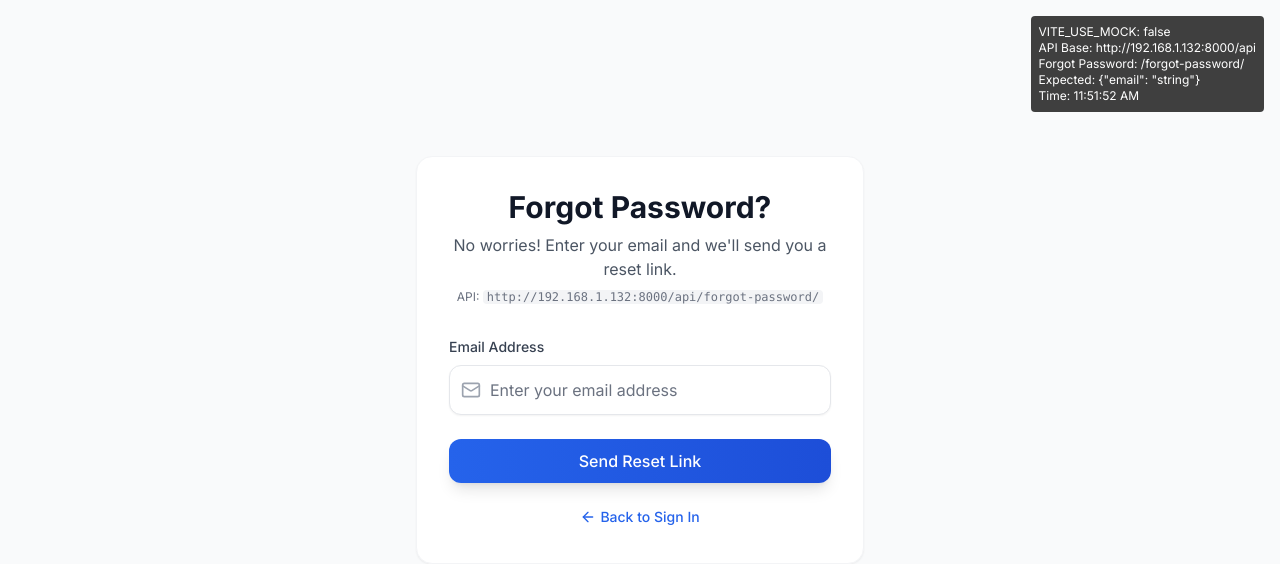
Repository: Sarvesh-2507/frontend
Page: /forgot-password
The author's editor kept a copy of each file at every save. The page is drawn from the files as they stood at one save, then again after the next save.
The browser window is 1280 px wide. The pictures show the whole page.
The page's requests for data from a server got no answer. The project was rebuilt for these pictures with package versions that can differ from the ones it lists, and the page was loaded fresh each time. No one was signed in, and anything a server would have sent is missing. Also part of the build but not shown: vite.config.ts, src/features/employee/Profile.tsx, src/components/ui/CustomToast.tsx, src/features/authentication/Login.tsx, src/services/organizationApi.ts, src/features/authentication/Register.tsx, src/features/authentication/ResetPassword.tsx, src/components/ChangePasswordForm.tsx and 89 more.

Above is the page before, as saved 2025-09-03 16:24:04.

After the next save:
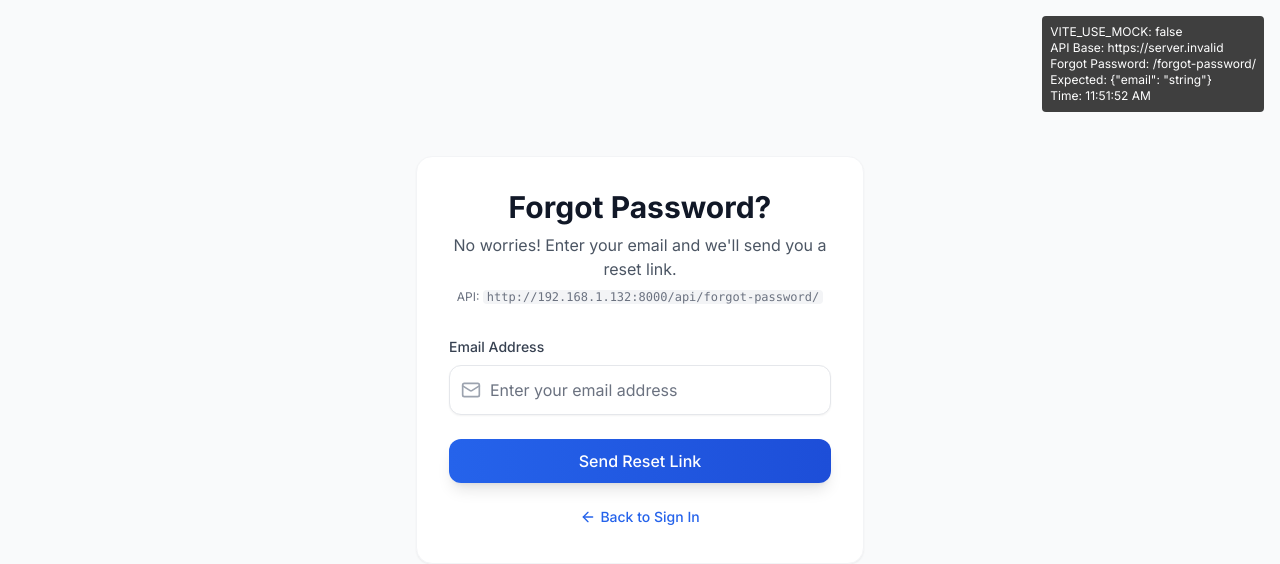
Saved 22 s later.
--- a/src/features/authentication/ForgotPassword.tsx
+++ b/src/features/authentication/ForgotPassword.tsx
@@ -99,9 +99,7 @@ const ForgotPassword: React.FC = () => {
         <div>VITE_USE_MOCK: {import.meta.env.VITE_USE_MOCK}</div>
         <div>
           API Base:{" "}
-          {import.meta.env.VITE_USE_MOCK !== "false"
-            ? "http://localhost:3002/api"
-            : "http://192.168.1.132:8000/api"}
+          {getApiUrl()}
         </div>
         <div>Forgot Password: /forgot-password/</div>
         <div>Expected: {`{"email": "string"}`}</div>
